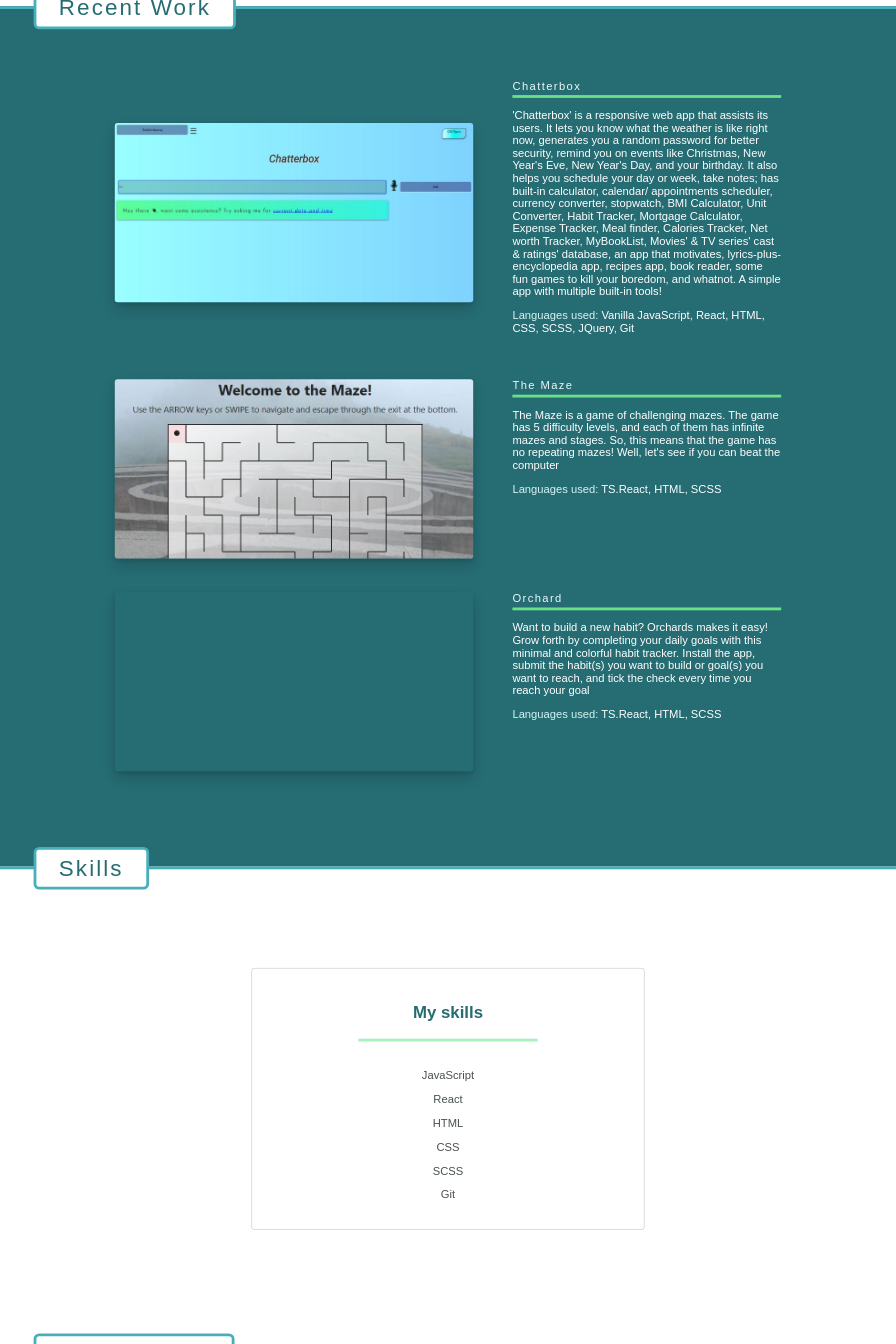
Repository: Abbaskhurram255/port
Page: /
The author's editor kept a copy of each file at every save. The page is drawn from the files as they stood at one save, then again after the next save.
The browser window is 1280 px wide. The pictures show the part of the page from y = 857 to 2777 px (the page is 3086 px tall), at 70% of full size.
The page's requests for data from a server got no answer. Some web fonts or font styles are not loaded; a fallback is used. Some web libraries are served in a nearby version. The project was rebuilt for these pictures with package versions that can differ from the ones it lists, and the page was loaded fresh each time. No one was signed in, and anything a server would have sent is missing.

Above is the page before, as saved 2021-01-01 23:13:51.

After the next save:
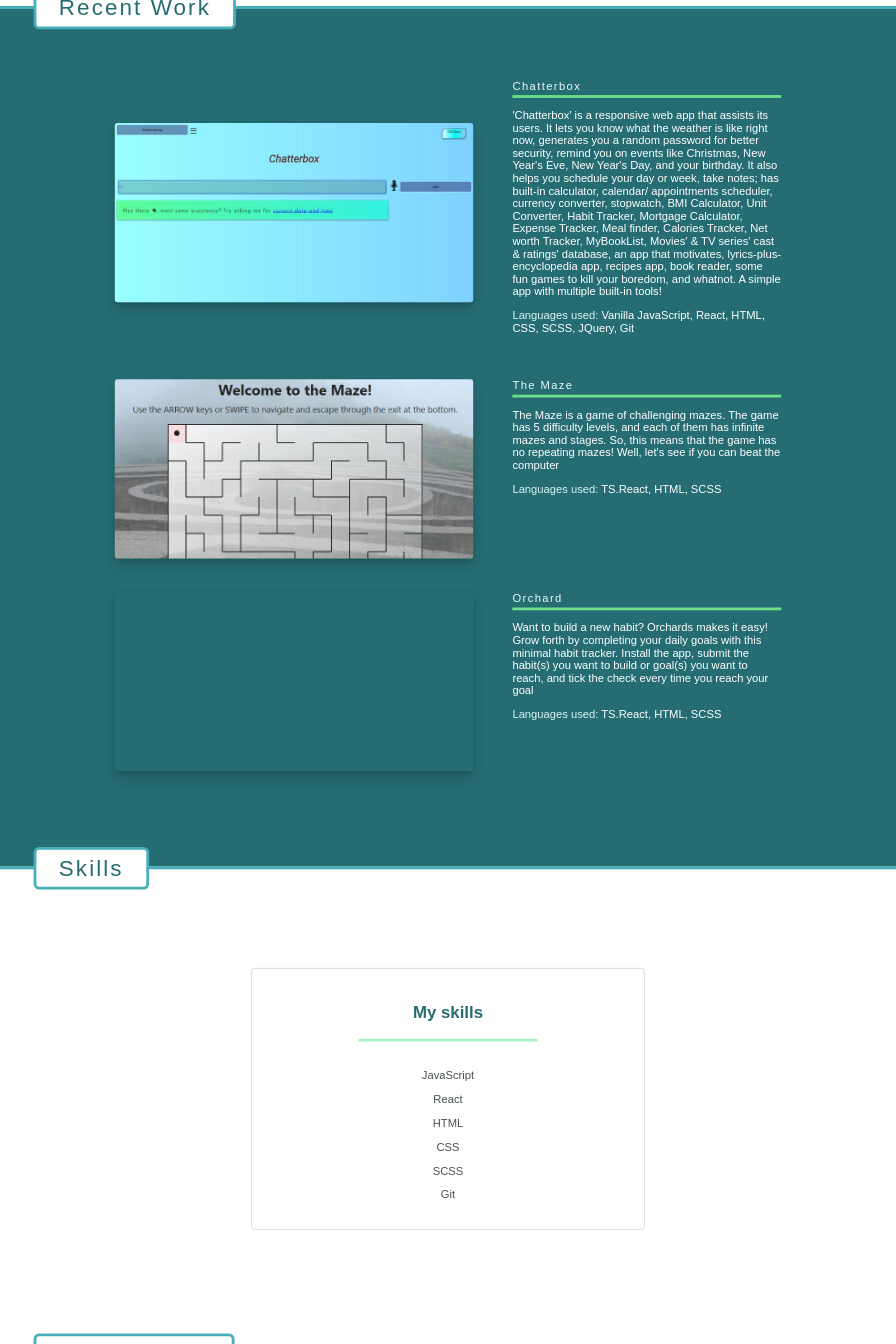
Saved 33 s later.
--- a/src/utils/data.ts
+++ b/src/utils/data.ts
@@ -32,7 +32,7 @@
   },
   {
     description:
-      "Want to build a new habit? Orchards makes it easy! Grow forth by completing your daily goals with this minimal and colorful habit tracker. Install the app, submit the habit(s) you want to build or goal(s) you want to reach, and tick the check every time you reach your goal",
+      "Want to build a new habit? Orchards makes it easy! Grow forth by completing your daily goals with this minimal habit tracker. Install the app, submit the habit(s) you want to build or goal(s) you want to reach, and tick the check every time you reach your goal",
     image: "orchard",
     name: "Orchard",
     androidVLink: "https://github.com/Abbaskhurram255/habit-builder/raw/main/android/orchard.apk?raw=true",
